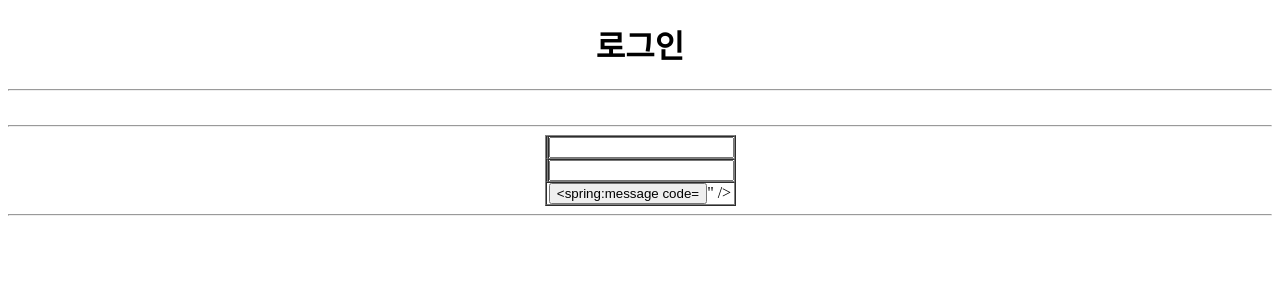
Repository: Dev-Aria/WebStudy
Page: http://localhost/BoardWeb/login.jsp
The author's editor kept a copy of each file at every save. The page is drawn from the files as they stood at one save, then again after the next save.
The browser window is 1280 px wide. The pictures show the whole page.
The page is served by Tomcat 9. Other server files are loaded and not shown.

Above is the page before, as saved 2018-05-02 18:17:47.

### workspace_sts/BoardWeb/src/main/webapp/login.jsp
<%@page contentType="text/html; charset=EUC-KR"%>

<!DOCTYPE html PUBLIC "-//W3C//DTD HTML 4.01 Transitional//EN"
                      "http://www.w3.org/TR/html4/loose.dtd">
<html>
<head>
<meta http-equiv="Content-Type" content="text/html; charset=EUC-KR">
<title>로그인</title>
</head>
<body>
	<center>
		<h1>로그인</h1>
		<hr>
		<a href="login.do?lang=en"><spring:message code="message.user.login.language.en" /></a>&nbsp;&nbsp;
		<a href="login.do?lang=ko"><spring:message code="message.user.login.language.ko" /></a>
		<hr>
		<form action="login.do" method="post">
			<table border="1" cellpadding="0" cellspacing="0">
				<tr>
					<td bgcolor="orange"><spring:message code="message.user.login.id" /></td>
					<td><input type="text" name="id" value="${user.id }" /></td>
				</tr>
				<tr>
					<td bgcolor="orange"><spring:message code="message.user.login.password" /></td>
					<td><input type="password" name="password" value="${user.password }" /></td>
				</tr>
				<tr>
					<td colspan="2" align="center">
						<input type="submit" value="<spring:message code="message.user.login.loginBtn"/>" />
					</td>
				</tr>
			</table>
		</form>
		<hr>
	</center>
</body>
</html>

After the next save:
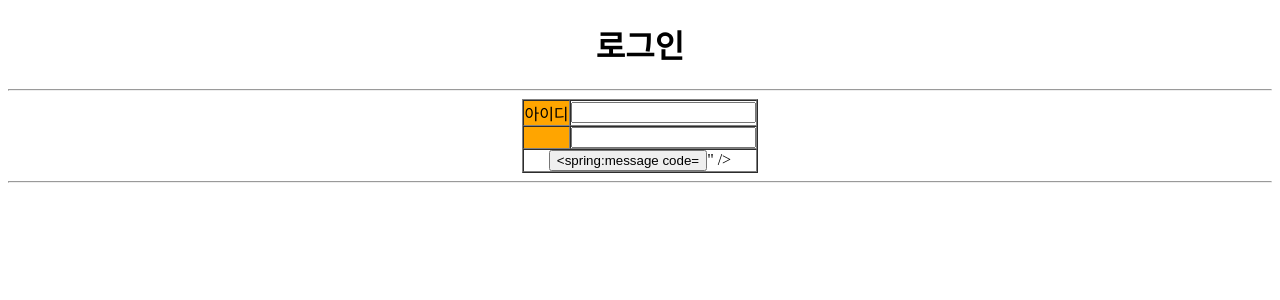
Saved 43 s later.
--- a/workspace_sts/BoardWeb/src/main/webapp/login.jsp
+++ b/workspace_sts/BoardWeb/src/main/webapp/login.jsp
@@ -11,13 +11,10 @@
 	<center>
 		<h1>로그인</h1>
 		<hr>
-		<a href="login.do?lang=en"><spring:message code="message.user.login.language.en" /></a>&nbsp;&nbsp;
-		<a href="login.do?lang=ko"><spring:message code="message.user.login.language.ko" /></a>
-		<hr>
-		<form action="login.do" method="post">
+		<form action="login_proc.do" method="post">
 			<table border="1" cellpadding="0" cellspacing="0">
 				<tr>
-					<td bgcolor="orange"><spring:message code="message.user.login.id" /></td>
+					<td bgcolor="orange">아이디</td>
 					<td><input type="text" name="id" value="${user.id }" /></td>
 				</tr>
 				<tr>
